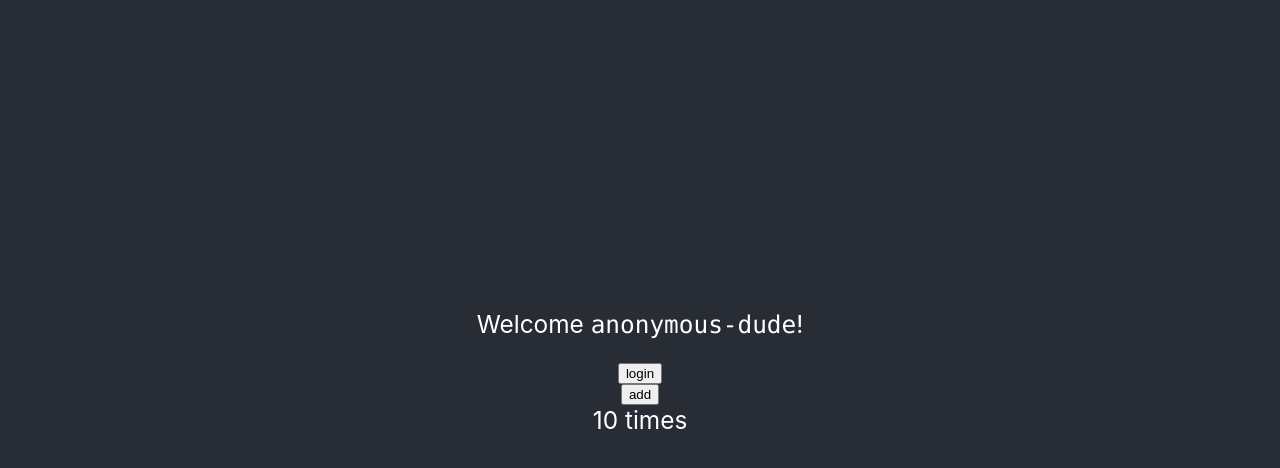
Repository: the3dsandwich/Smartone-Hackathon-2019
Page: /
The author's editor kept a copy of each file at every save. The page is drawn from the files as they stood at one save, then again after the next save.
The browser window is 1280 px wide. The pictures show the whole page.
Some web libraries are served in a nearby version. The project was rebuilt for these pictures with package versions that can differ from the ones it lists, and the page was loaded fresh each time. Also part of the build but not shown: src/components/Main.css, src/components/MapContainer.css, src/components/MapContainer.js, src/components/Main.js, src/components/dev.js.

Above is the page before, as saved 2019-10-26 11:31:38.

After the next save:
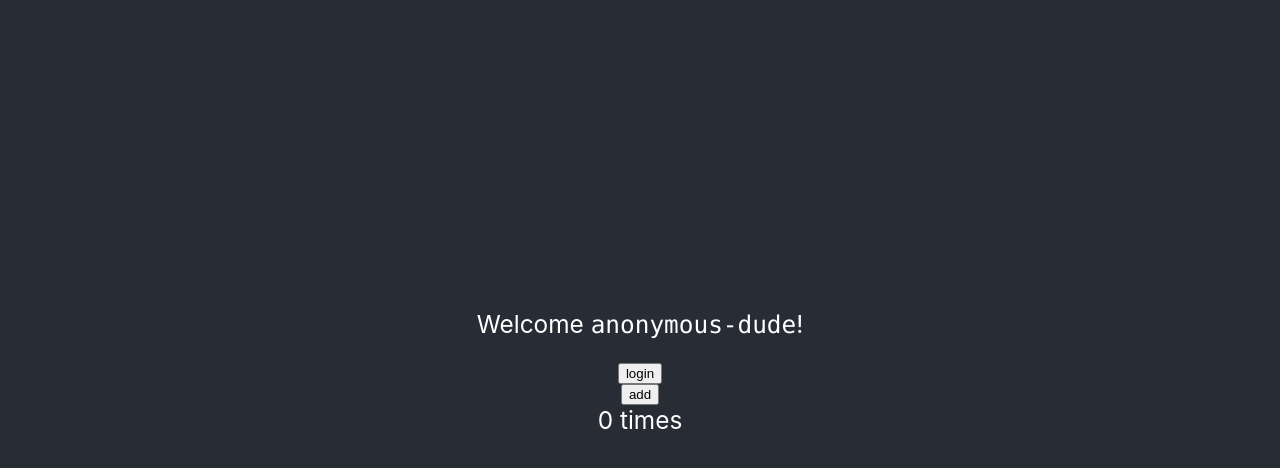
Saved 36 s later.
--- a/src/App.js
+++ b/src/App.js
@@ -64,7 +64,6 @@ export const App = () => {
   }, [isLoggedin]);
 
   useEffect(() => {
-    testplus(test => 10);
     return () => {
       testplus(test => 0);
     };
